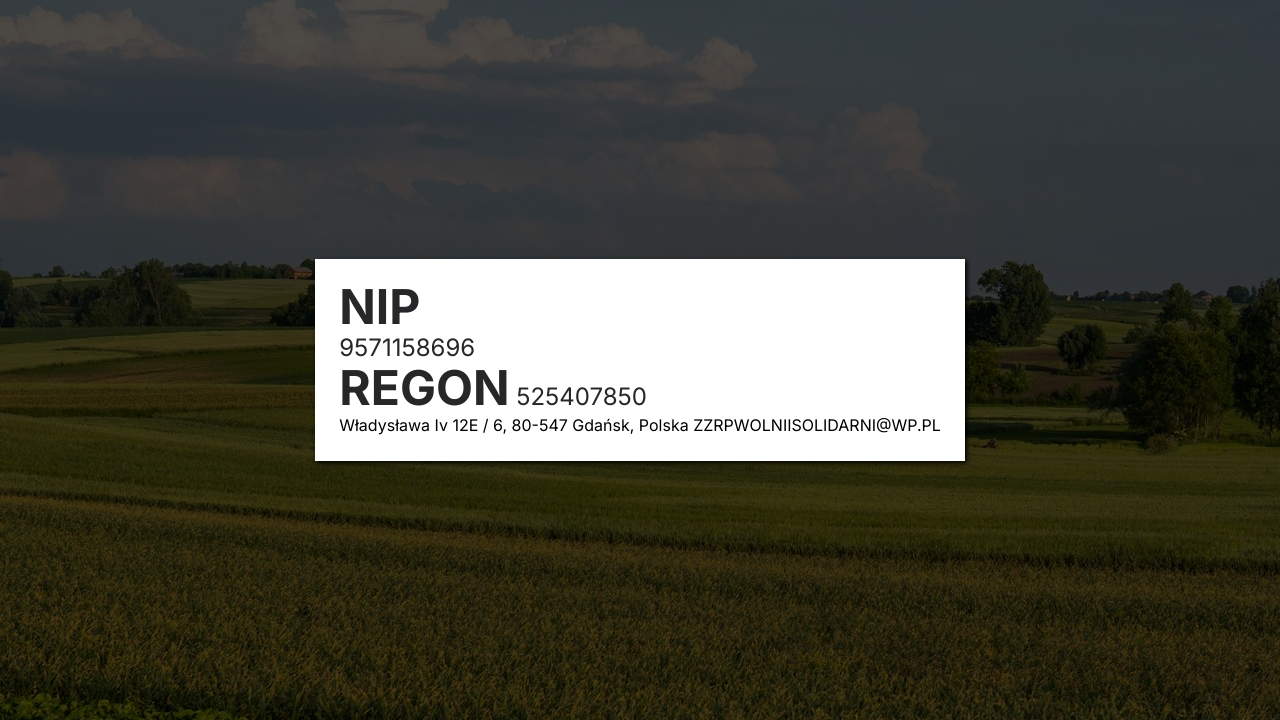
Repository: wesiudev/ZZRPWiS
Page: /kontakt
An editor plug-in stored every save of this project. The page is shown before and after the next save, followed by the edit.
The browser window is 1280 px wide. The pictures show the whole page.
The project was rebuilt for these pictures with package versions that can differ from the ones it lists, and the page was loaded fresh each time. The framework's server and built-in components were replaced by stand-ins that run in the browser. Also part of the build but not shown: next.config.mjs.

Above is the page before, as saved 2024-08-09 22:41:21.

### src/app/layout.tsx
import { Inter } from "next/font/google";
import "./globals.css";
import { Cardo } from "next/font/google";
const cardo = Cardo({
  weight: ["400", "700"],
  style: ["normal", "italic"],
  subsets: ["latin"],
  display: "swap",
  variable: "--font-cardo",
});
const inter = Inter({ subsets: ["latin"] });

export default function RootLayout({
  children,
}: Readonly<{
  children: React.ReactNode;
}>) {
  return (
    <html lang="pl">
      <body
        className={`bg-gradient-to-r from-green-800 via-green-500 to-green-800 ${inter.className} ${cardo.variable}`}
      >
        {children}
      </body>
    </html>
  );
}

### src/app/kontakt/page.tsx
import Link from "next/link";

export default function Page() {
  return (
    <div className="bg-heroBG h-screen w-full bg-center bg-no-repeat">
      <div className="flex items-center justify-center fixed h-screen w-full left-0 top-0 bg-black bg-opacity-70">
        <div
          className="bg-white p-6"
          style={{ boxShadow: "2px 2px 5px #000000" }}
        >
          <ul className="text-zinc-800">
            <li className="text-2xl">
              <span className="text-5xl font-bold">NIP</span> <br /> 9571158696{" "}
            </li>
            <li className="text-2xl">
              <span className="text-5xl font-bold">REGON</span> 525407850{" "}
            </li>
          </ul>
          Władysława Iv 12E / 6, 80-547 Gdańsk, Polska ZZRPWOLNIISOLIDARNI@WP.PL
        </div>
      </div>
    </div>
  );
}

### src/app/globals.css
@tailwind base;
@tailwind components;
@tailwind utilities;

:root {
  --foreground-rgb: 0, 0, 0;
  --background-start-rgb: 214, 219, 220;
  --background-end-rgb: 255, 255, 255;
}

@media (prefers-color-scheme: dark) {
  :root {
    --foreground-rgb: 255, 255, 255;
    --background-start-rgb: 0, 0, 0;
    --background-end-rgb: 0, 0, 0;
  }
}
.smallCaps {
  font-variant: small-caps;
}
body {
  color: rgb(var(--foreground-rgb));
  background: linear-gradient(
      to bottom,
      transparent,
      rgb(var(--background-end-rgb))
    )
    rgb(var(--background-start-rgb));
}

@layer utilities {
  .text-balance {
    text-wrap: balance;
  }
}

### tailwind.config.ts
import type { Config } from "tailwindcss";

const config: Config = {
  content: [
    "./src/pages/**/*.{js,ts,jsx,tsx,mdx}",
    "./src/components/**/*.{js,ts,jsx,tsx,mdx}",
    "./src/app/**/*.{js,ts,jsx,tsx,mdx}",
  ],
  theme: {
    extend: {
      fontFamily: {
        cardo: ["var(--font-cardo)"],
      },
      backgroundImage: {
        heroBG: "url('/assets/heroBG.jpg')",
        "gradient-radial": "radial-gradient(var(--tw-gradient-stops))",
        "gradient-conic":
          "conic-gradient(from 180deg at 50% 50%, var(--tw-gradient-stops))",
      },
    },
  },
  plugins: [],
};
export default config;

After the next save:
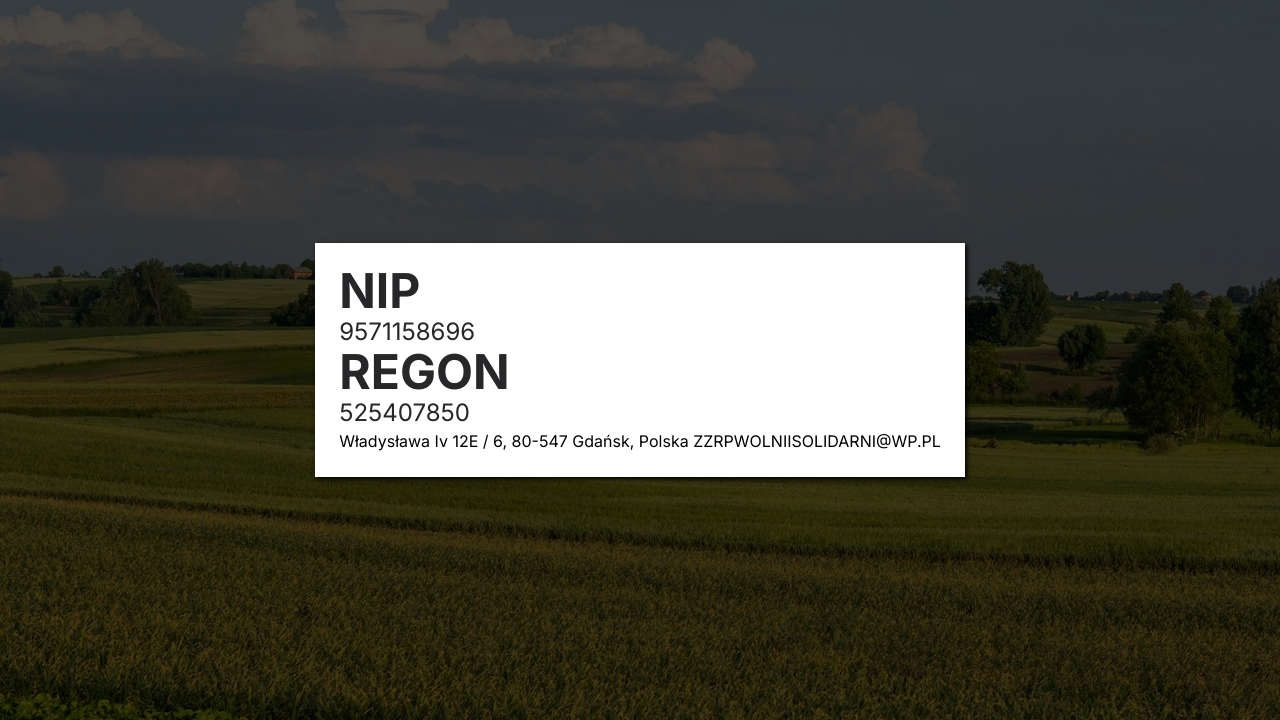
Saved 6 s later.
--- a/src/app/kontakt/page.tsx
+++ b/src/app/kontakt/page.tsx
@@ -13,7 +13,7 @@
               <span className="text-5xl font-bold">NIP</span> <br /> 9571158696{" "}
             </li>
             <li className="text-2xl">
-              <span className="text-5xl font-bold">REGON</span> 525407850{" "}
+              <span className="text-5xl font-bold">REGON</span> <br /> 525407850{" "}
             </li>
           </ul>
           Władysława Iv 12E / 6, 80-547 Gdańsk, Polska ZZRPWOLNIISOLIDARNI@WP.PL
